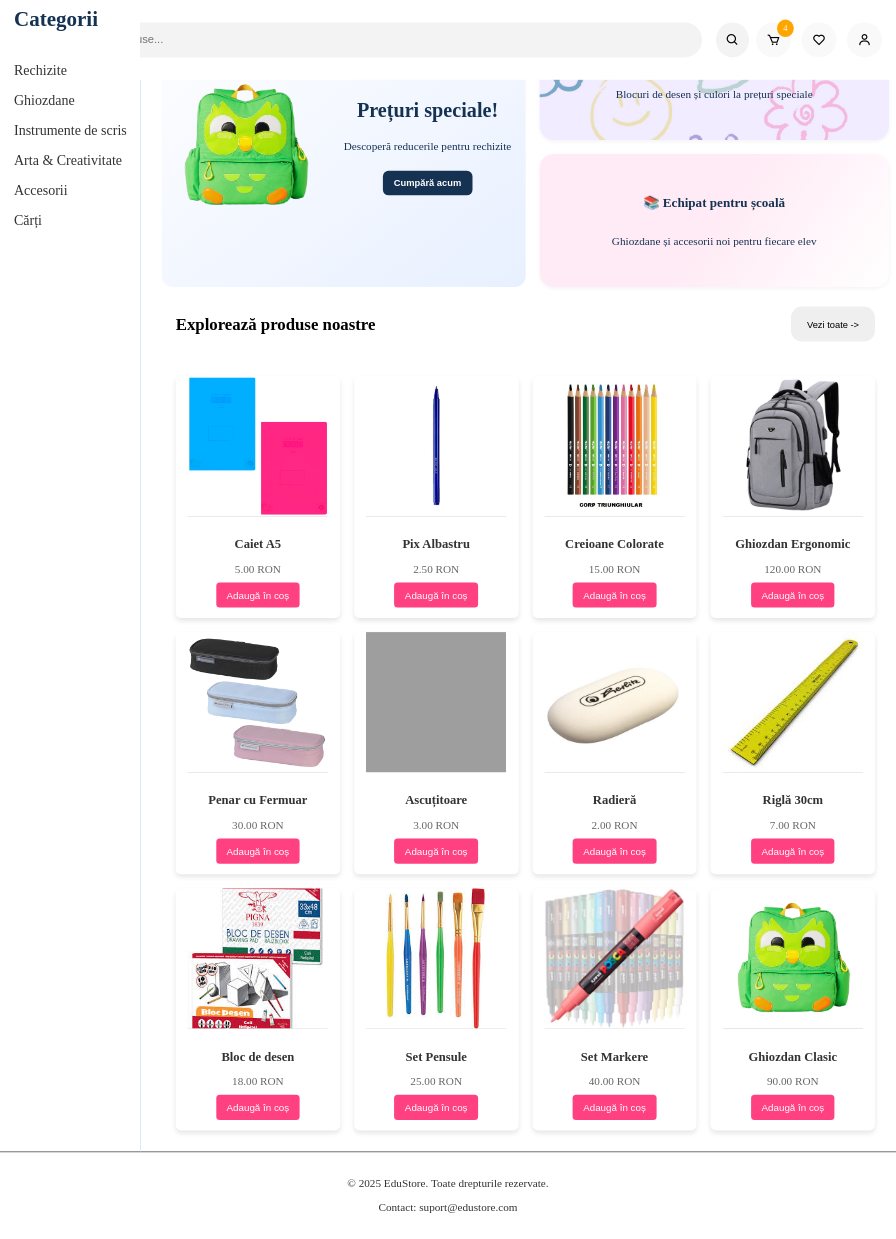
Repository: Roxana5504/WebDev-Project
Page: frontend/index.html
These files come from the project's save history. The page is drawn as it stood at one moment and after the next save; the edit follows.
The browser window is 1280 px wide. The pictures show the whole page, at 70% of full size.
Pictures or frames that could not be fetched are drawn as grey boxes.

Above is the page before, as saved 2025-04-23 17:37:42.

### frontend/index.html
<!DOCTYPE html>
<html lang="ro">
  <head>
    <meta charset="UTF-8" />
    <meta name="viewport" content="width=device-width, initial-scale=1.0" />
    <title>Căutare Produse</title>
    <link rel="stylesheet" href="/styles.css" />
    <link
      href="https://cdn.jsdelivr.net/npm/boxicons@2.1.4/css/boxicons.min.css"
      rel="stylesheet"
    />
  </head>

  <body>
    <header class="container-header">
      <div class="logo">
        <img src="/backend/images/logoDWS.png" alt="EduStore" />
      </div>

      <div class="search-bar">
        <button class="sidebar-toggle" id="sidebar-toggle">
          <i class="bx bx-menu"></i>
        </button>
        <input type="text" id="search-input" placeholder="Caută produse..." />
        <button class="search-btn" id="search-btn">
          <i class="bx bx-search"></i>
        </button>
      </div>

      <div class="header-icons">
        <div class="header-icon">
          <span class="cart-items">4</span>
          <i class="bx bx-cart"></i>
        </div>
        <div class="header-icon">
          <i class="bx bx-heart"></i>
        </div>
        <div class="header-icon profile">
          <i class="bx bx-user"></i>
        </div>
      </div>
    </header>

    <div class="main-content">
      <aside class="sidebar">
        <div>
          <h2>Categorii</h2>
          <ul>
            <li>Rechizite</li>
            <li>Ghiozdane</li>
            <li>Instrumente de scris</li>
            <li>Arta & Creativitate</li>
            <li>Accesorii</li>
            <li>Cărți</li>
          </ul>
        </div>
      </aside>

      <div class="container">
        <section class="banner">
          <div class="banner-left">
            <div class="banner-left-content">
              <div class="img-cont">
                <img src="/backend/images/gh.jpg" alt="Oferta specială" />
              </div>

              <div class="banner-text">
                <h2>Prețuri speciale!</h2>
                <p>Descoperă reducerile pentru rechizite</p>
                <button class="buy-now-btn" id="buy-now-btn">
                  Cumpără acum
                </button>
              </div>
            </div>
          </div>

          <div class="banner-right">
            <div class="banner-right-up">
              <h3>🎨 Timpul pentru creativitate</h3>
              <p>Blocuri de desen și culori la prețuri speciale</p>
            </div>
            <div class="banner-right-down">
              <h3>📚 Echipat pentru școală</h3>
              <p>Ghiozdane și accesorii noi pentru fiecare elev</p>
            </div>
          </div>
        </section>

        <section class="products">
          <div class="products-explore-line">
            <h2>Explorează produse noastre</h2>
            <button class="all-products-button">Vezi toate -></button>
          </div>
          <div id="product-list" class="product-list"></div>
        </section>
      </div>
    </div>
    <footer>
      <p>&copy; 2025 EduStore. Toate drepturile rezervate.</p>
      <p>Contact: suport@edustore.com</p>
    </footer>
    <script src="script.js"></script>
  </body>
</html>

### frontend/styles.css
/*CSS Roxana*/
html,
body {
  height: auto; /* nu mai forțăm 100% */
  min-height: 100%;
  margin: 0;
  padding: 0;
  overflow-x: hidden;
}

.modal-overlay {
  position: fixed;
  top: 0;
  left: 0;
  right: 0;
  bottom: 0;
  background: rgba(0, 0, 0, 0.6);
  display: flex;
  align-items: center;
  justify-content: center;
  padding: 20px;
  z-index: 9999;
  overflow-y: auto;
  box-sizing: border-box;
}

.modal-content {
  display: flex;
  flex-direction: column;
  background: white;
  padding: 20px;
  border-radius: 10px;
  max-width: 800px;
  width: 100%;
  max-height: 90vh;
  overflow-y: auto;
  position: relative;
  box-sizing: border-box;
  align-items: center;
}

.modal-buttons {
  align-items: center;
  display: flex;
  gap: 10px;
  margin-top: 20px;
}

.modal-content button {
  background-color: black;
  color: white;
  font-weight: bold;
  border: none;
  padding: 12px 16px;
  border-radius: 5px;
}

.close-btn {
  position: absolute;
  top: 10px;
  right: 15px;
  font-size: 24px;
  cursor: pointer;
  color: red;
}

.modal-products {
  display: flex;
  flex-wrap: wrap;
  gap: 20px;
}

.modal-product-card {
  width: 200px;
  border: 1px solid #eee;
  border-radius: 10px;
  padding: 10px;
  text-align: center;
}

.modal-product-card img {
  max-width: 100%;
  height: auto;
  border-radius: 5px;
}

.container-header {
  position: absolute;
  top: 0px;
  background-color: white;
  z-index: 98;
  padding: 20px;
  display: flex;
  align-items: center;
  justify-content: space-between;
  width: 100%;
  box-sizing: border-box;
  flex-wrap: wrap;
  gap: 10px;
}

.logo img {
  height: 70px;
  cursor: pointer;
}

.search-bar {
  flex: 1;
  gap: 20px;
  display: flex;
  align-items: center;
  position: relative;
  max-width: 1000px;
}

.search-btn {
  width: 50px;
  height: 50px;
  border-radius: 100%;
  border: none;
  background-color: #f3f3f3;
  display: flex;
  justify-content: center;
  align-items: center;
  cursor: pointer;
  font-size: 20px;
}

.search-bar input {
  min-width: 200px;
  width: 100%;
  height: 50px;
  padding: 10px 15px;
  border-radius: 50px;
  border: none;
  background-color: #f3f3f3;
  font-size: 16px;
  outline: none;
  box-sizing: border-box;
}

.header-icons {
  display: flex;
  align-items: center;
  gap: 15px;
}

.header-icon {
  position: relative;
  width: 50px;
  height: 50px;
  background-color: #f9f9f9;
  border-radius: 50%;
  display: flex;
  justify-content: center;
  align-items: center;
  cursor: pointer;
}

.header-icon i {
  font-size: 20px;
  color: black;
}

.cart-items {
  position: absolute;
  top: -4px;
  right: -4px;
  background-color: orange;
  color: white;
  font-size: 12px;
  border-radius: 100%;
  padding: 5px 9px;
}

.main-content {
  display: flex;
  width: 100%;
  box-sizing: border-box;
}

.container {
  flex: 1;
  width: 100%;
  margin: 0px auto;
  display: flex;
  flex-direction: column;
  padding: 10px;
  max-width: 1200px;
  box-sizing: border-box;
  justify-content: flex-start;
}

.sidebar {
  position: relative;
  height: auto;
  width: 200px;
  padding-right: 0px;
  margin-right: 20px;
  border-right: 1px solid rgb(203, 227, 255);
}

.sidebar div {
  position: sticky;
  top: 0px;
  background-color: white;
  z-index: 99;
}

.sidebar h2 {
  padding: 10px 0 10px 20px;
  font-size: 30px;
  font-weight: bold;
  margin-top: 0px;
  color: rgb(22, 50, 82);
}

.sidebar ul {
  list-style: none;
  padding: 0;
  margin: 0;
  margin-left: 20px;
}

.sidebar ul li {
  padding: 10px 0;
  font-size: 20px;
  color: #333;
  cursor: pointer;
  transition: color 0.3s ease;
}

.sidebar ul li:hover {
  color: #0d4e5a;
}

.sidebar-toggle {
  background: none;
  border: none;
  font-size: 25px;
  cursor: pointer;
  display: none;
}

.banner {
  display: flex;
  flex-wrap: wrap;
  gap: 20px;
  width: 100%;
  box-sizing: border-box;
}

.banner-left {
  box-sizing: border-box;
  background: linear-gradient(to bottom right, #fefeff, #e8f0ff);
  border-radius: 16px;
  padding: 10px;
  position: relative;
  display: flex;
  align-items: center;
  flex: 1;
}

.banner-left-content {
  display: flex;
  gap: 20px;
  align-items: center;
  flex-wrap: wrap;
  width: 100%;
  justify-content: center;
  text-align: center;
}

.banner-left-content img {
  width: 100%;
  max-width: 220px;
  height: auto;
  border-radius: 10px;
  object-fit: cover;
}

.banner-text {
  flex: 1;
  display: flex;
  flex-direction: column;
  gap: 10px;
}

.banner-text h2 {
  font-size: 1.8rem;
  color: rgb(22, 50, 82);
  margin: 0;
}

.banner-text p {
  font-size: 1rem;
  color: rgb(22, 50, 82);
}

.buy-now-btn {
  background-color: rgb(22, 50, 82);
  max-width: 200px;
  color: white;
  border: none;
  padding: 10px 16px;
  border-radius: 8px;
  font-weight: bold;
  cursor: pointer;
  align-self: center;
}

.banner-right {
  flex: 1;
  display: flex;
  flex-direction: column;
  justify-content: space-between;
  gap: 20px;
  min-width: 300px;
}

.banner-right-up,
.banner-right-down {
  border-radius: 20px;
  padding: 20px;
  text-align: center;
  min-height: 150px;
  display: flex;
  flex-direction: column;
  justify-content: center;
  box-shadow: 0 2px 6px rgba(0, 0, 0, 0.05);
}

.banner-right-up {
  background: url("/backend/images/bkgdsw.jpg");
  background-size: cover;
  color: rgb(22, 50, 82);
  flex: 1;
}

.banner-right-down {
  background: #ffebf5;
  background: linear-gradient(
    124deg,
    rgba(255, 235, 245, 1) 50%,
    rgba(255, 255, 255, 1) 100%
  );
  color: rgb(22, 50, 82);
  flex: 1;
}

footer {
  text-align: center;
  padding: 20px;
  border-top: 1px solid #333;
  color: #333;
  background-color: white;
}

.products-explore-line {
  display: flex;
  justify-content: space-between;
  width: 100%;
  box-sizing: border-box;
  align-items: center;
  padding: 20px;
}

.all-products-button {
  border: none;
  border-radius: 16px;
  padding: 0px 10px;
  width: 120px;
  height: 50px;
  cursor: pointer;
}

@media (max-width: 768px) {
  .search-bar {
    gap: 10px;
    width: 100%;
    margin: 0px;
    order: 1;
    display: flex;
    justify-content: center;
  }

  .search-bar input {
    flex: 1;
    margin: 0 10px;
  }

  .banner {
    flex-direction: column;
  }

  .banner-left {
    width: 100%;
    flex: none;
  }

  .banner-right {
    flex-direction: row;
    flex-wrap: wrap;
    width: 100%;
    gap: 20px;
  }

  .banner-right-up,
  .banner-right-down {
    flex: 1 1 48%;
    min-width: 48%;
    padding: 15px;
  }
}

@media (max-width: 600px) {
  .modal-products {
    flex-direction: column;
    align-items: center;
  }

  .modal-product-card {
    width: 100%;
    max-width: 300px;
  }
  .sidebar {
    position: fixed;
    z-index: 99;
    transform: translateX(-100%);
    display: none;
    border: none;
  }

  .sidebar-toggle {
    display: block;
  }

  .sidebar.open {
    transform: translateX(0);
    display: block;
  }

  .sidebar h2 {
    font-size: 22px;
  }

  .sidebar ul li {
    font-size: 16px;
  }
}

/*Sfarsit CSS Roxana*/

.product-list {
  display: grid;
  grid-template-columns: repeat(auto-fit, minmax(220px, 1fr));
  gap: 20px;
  padding: 20px;
}

.product-card {
  background: white;
  border-radius: 8px;
  box-shadow: 0px 4px 8px rgba(0, 0, 0, 0.1);
  overflow: hidden;
  text-align: center;
  transition: transform 0.2s ease-in-out;
}

.product-card:hover {
  transform: scale(1.05);
}

.product-card img {
  width: 100%;
  height: 200px;
  object-fit: cover;
  border-bottom: 1px solid #ddd;
}

.product-card .product-info {
  padding: 15px;
}

.product-card h3 {
  font-size: 18px;
  margin: 10px 0;
  color: #333;
}

.product-card p {
  font-size: 16px;
  color: #666;
  margin-bottom: 10px;
}

.product-card button {
  background: #ff4081;
  color: white;
  border: none;
  padding: 10px 15px;
  border-radius: 5px;
  cursor: pointer;
  font-size: 14px;
  transition: background 0.3s;
}

.product-card button:hover {
  background: #e6006e;
}

@media (max-width: 768px) {
  .product-list {
    grid-template-columns: repeat(auto-fit, minmax(180px, 1fr));
  }
}

### frontend/script.js
//Roxana
document.addEventListener("DOMContentLoaded", function () {
  const categoryItems = document.querySelectorAll("aside li")
  const productList = document.getElementById("product-list")
  let products = []

  fetch("/products.json")
    .then((response) => {
      if (!response.ok) {
        throw new Error("Eroare la încărcarea fișierului products.json")
      }
      return response.json()
    })
    .then((data) => {
      products = data.products.map((product) => {
        const name = product.name.toLowerCase()
        let category = "altele"

        if (name.includes("ghiozdan")) category = "ghiozdane"
        else if (
          name.includes("pix") ||
          name.includes("creion") ||
          name.includes("marker") ||
          name.includes("pensul")
        )
          category = "arta-creativitate"
        else if (
          name.includes("radier") ||
          name.includes("ascuțitoare") ||
          name.includes("rigl")
        )
          category = "accesorii"
        else if (
          name.includes("caiet") ||
          name.includes("penar") ||
          name.includes("bloc")
        )
          category = "rechizite"

        return { ...product, category }
      })

      renderProducts()
    })
    .catch((error) => {
      console.error("Eroare la încărcare produse:", error)
    })

  function renderProducts() {
    productList.innerHTML = ""
    products.forEach((product) => {
      const productCard = document.createElement("div")
      productCard.classList.add("product-card")
      productCard.setAttribute("data-category", product.category)
      productCard.innerHTML = `
        <img src="${product.image}" alt="${
        product.name
      }" style="width: 200px; height: 200px; object-fit: cover;">
        <div class="product-info">
          <h3>${product.name}</h3>
          <p>${product.price.toFixed(2)} RON</p>
          <button>Adaugă în coș</button>
        </div>
      `
      productList.appendChild(productCard)
    })
  }

  categoryItems.forEach((item) => {
    item.addEventListener("click", function () {
      const category = this.textContent
        .trim()
        .toLowerCase()
        .replace(/\s+/g, "-")
      const productCards = document.querySelectorAll(".product-card")

      productCards.forEach((product) => {
        if (
          product.getAttribute("data-category") === category ||
          category === "toate"
        ) {
          product.style.display = "flex"
        } else {
          product.style.display = "none"
        }
      })
    })
  })
})

document.getElementById("search-btn").addEventListener("click", () => {
  const query = document.getElementById("search-input").value.trim()

  fetch(`/products/${query}`)
    .then((res) => {
      if (!res.ok) throw new Error("Server error: " + res.status)
      return res.json()
    })
    .then((data) => {
      if (data.length > 0) {
        showModalWithProducts(data)
      } else {
        showNoProductFoundModal(query)
      }
    })
    .catch((err) => {
      console.error("Eroare:", err)
    })
})

document.getElementById("buy-now-btn").addEventListener("click", () => {
  const query = "Ghiozdan Clasic"
  fetch(`/products/${query}`)
    .then((res) => {
      if (!res.ok) throw new Error("Server error: " + res.status)
      return res.json()
    })
    .then((data) => {
      if (data.length > 0) {
        showModalWithProducts(data)
      } else {
        showNoProductFoundModal(query)
      }
    })
    .catch((err) => {
      console.error("Eroare:", err)
    })
})

function showModalWithProducts(products) {
  let modalHTML = `
      <div id="product-modal" class="modal-overlay">
        <div class="modal-content">
          <span class="close-btn" onclick="closeModal()">&times;</span>
          <h2>Rezultate Căutare</h2>
          <div class="modal-products">
    `

  products.forEach((product) => {
    modalHTML += `
        <div class="modal-product-card">
          <img src="${product.image}" alt="${product.name}" />
          <h3>${product.name}</h3>
          <p>Preț: ${product.price} lei</p>
          <p>Cantitate: ${product.quantity ?? "Nespecificat"}</p>
        </div>
      `
  })

  modalHTML += `
          </div>
        </div>
      </div>
    `

  document.body.insertAdjacentHTML("beforeend", modalHTML)
}

function showNoProductFoundModal(query) {
  const modalHTML = `
      <div id="product-modal" class="modal-overlay">
        <div class="modal-content">
          <span class="close-btn" onclick="closeModal()">&times;</span>
          <h2>Produs negăsit</h2>
          <p>Nu am găsit produsul <strong>"${query}"</strong>.</p>
          <p>Dorești să îl adaugi în magazin?</p>
          <div class="modal-buttons">
          <button onclick="openAddProductForm('${query}')">Adaugă produs</button>
          <button onclick="closeModal()">Încearcă din nou</button></div>
        </div>
      </div>
    `
  document.body.insertAdjacentHTML("beforeend", modalHTML)
}

function closeModal() {
  const modal = document.getElementById("product-modal")
  if (modal) modal.remove()
}

const sidebarToggle = document.getElementById("sidebar-toggle")
const sidebar = document.querySelector(".sidebar")

sidebarToggle.addEventListener("click", () => {
  sidebar.classList.toggle("open")
})
//Sfarsit cod Roxana

### backend/products.json
{
  "products": [
    { "name": "Caiet A5", "price": 5.0, "image": "/backend/images/caiet.jpg" },
    {
      "name": "Pix Albastru",
      "price": 2.5,
      "image": "/backend/images/pix.jpg",
      "quantity": 20
    },
    {
      "name": "Creioane Colorate",
      "price": 15.0,
      "image": "/backend/images/creioane.jpg",
      "quantity": 20
    },
    {
      "name": "Ghiozdan Ergonomic",
      "price": 120.0,
      "image": "/backend/images/ghiozdan.jpg",
      "quantity": 20
    },
    {
      "name": "Penar cu Fermuar",
      "price": 30.0,
      "image": "/backend/images/penar.jpg",
      "quantity": 20
    },
    {
      "name": "Ascuțitoare",
      "price": 3.0,
      "image": "/backend/images/ascutitoare.jpg",
      "quantity": 20
    },

    {
      "name": "Radieră",
      "price": 2.0,
      "image": "/backend/images/radiera.jpg",
      "quantity": 20
    },
    {
      "name": "Riglă 30cm",
      "price": 7.0,
      "image": "/backend/images/rigla.jpg",
      "quantity": 20
    },
    {
      "name": "Bloc de desen",
      "price": 18.0,
      "image": "/backend/images/blocdesen.jpg",
      "quantity": 20
    },
    {
      "name": "Set Pensule",
      "price": 25.0,
      "image": "/backend/images/pensule.jpg",
      "quantity": 20
    },
    {
      "name": "Set Markere",
      "price": 40.0,
      "image": "/backend/images/markere.jpg",
      "quantity": 20
    },
    {
      "name": "Ghiozdan Clasic",
      "price": 90.0,
      "image": "/backend/images/gh.jpg",
      "quantity": 20
    }
  ]
}

After the next save:
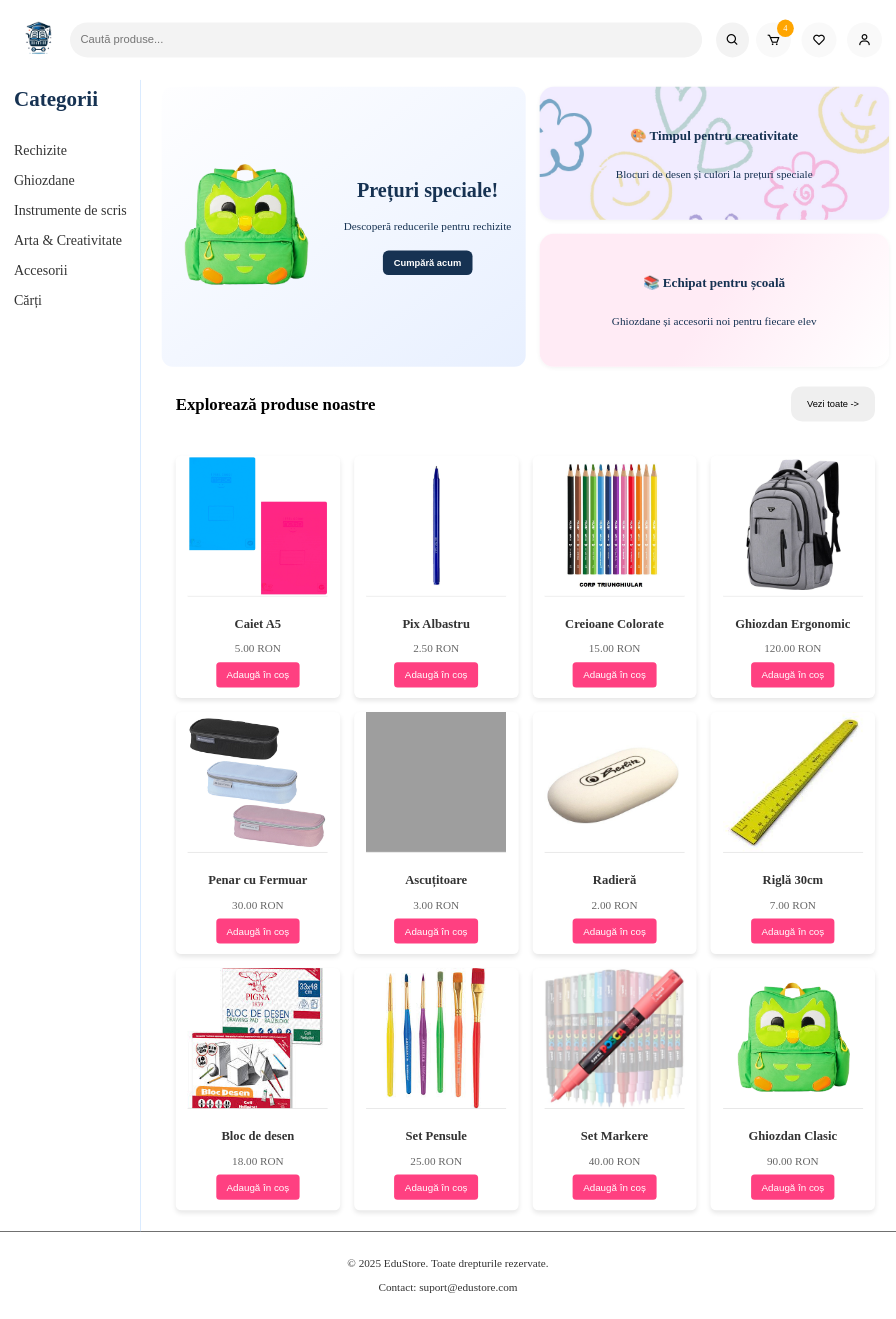
Saved 9 s later.
--- a/frontend/styles.css
+++ b/frontend/styles.css
@@ -85,7 +85,7 @@
 }
 
 .container-header {
-  position: absolute;
+  position: sticky;
   top: 0px;
   background-color: white;
   z-index: 98;

After the 2 saves that followed:
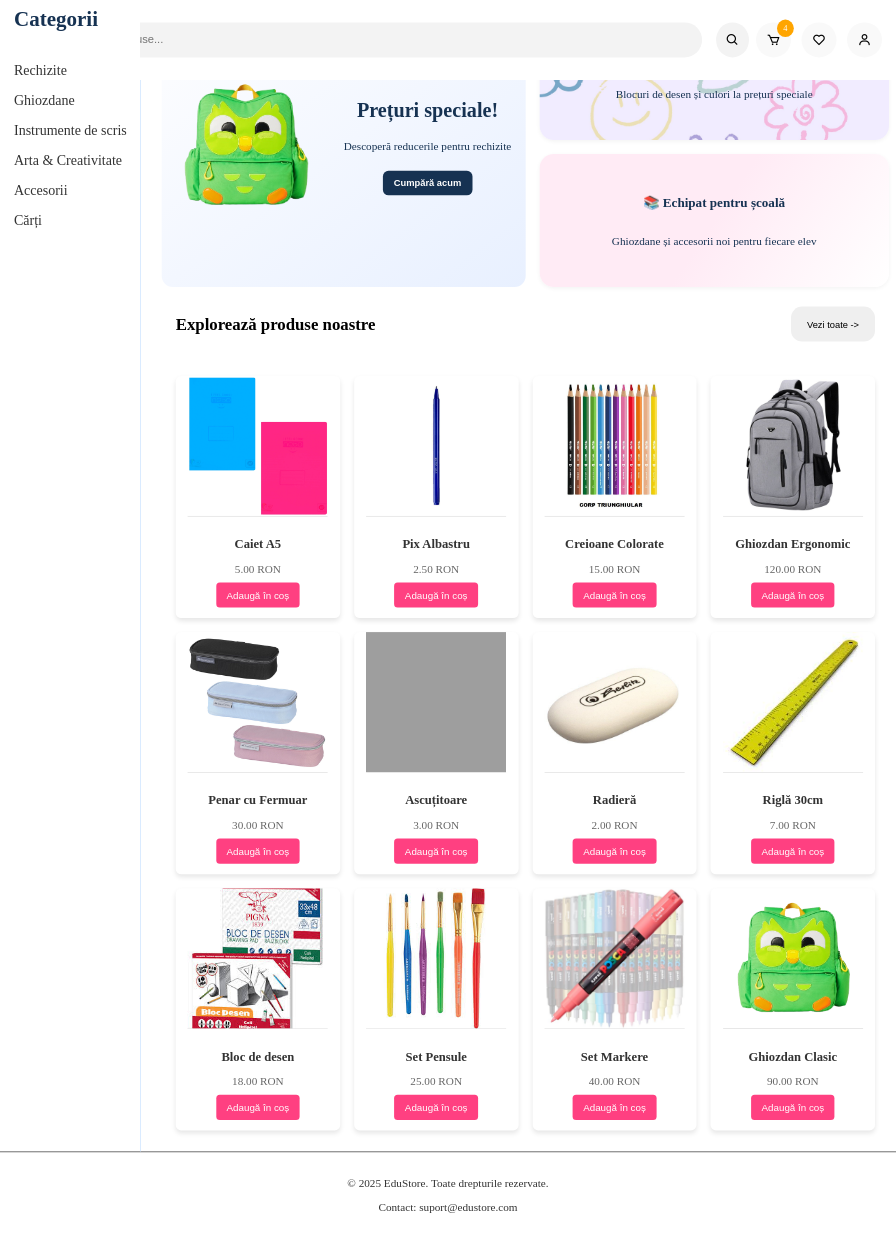
The 2 saves are shown as one change because 1 left the picture as it was.
The last was saved 98 s later.
--- a/frontend/styles.css
+++ b/frontend/styles.css
@@ -85,7 +85,7 @@
 }
 
 .container-header {
-  position: sticky;
+  position: fixed;
   top: 0px;
   background-color: white;
   z-index: 98;
